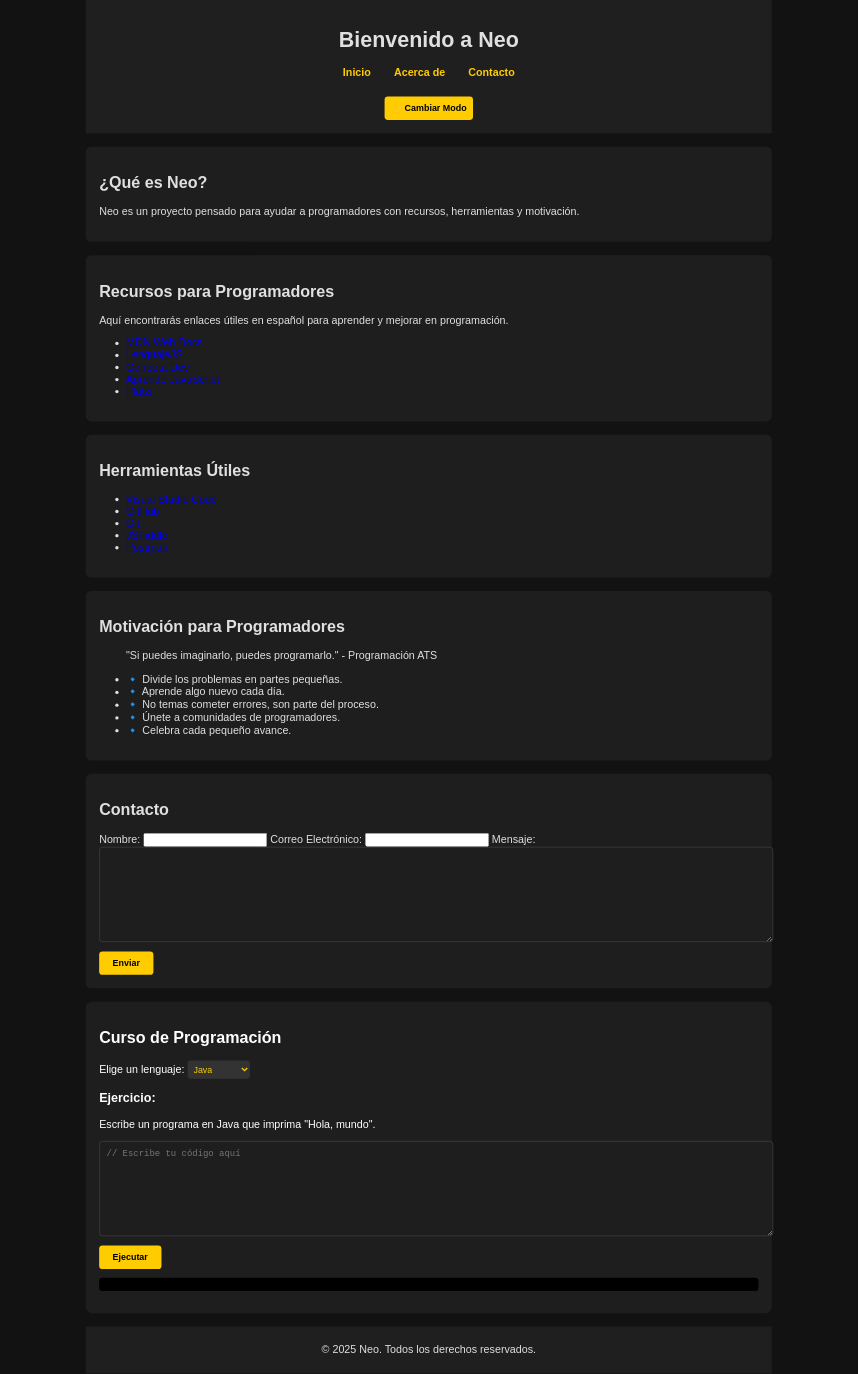
Repository: TapZc/getya_proyect
Page: index.html
These files come from the project's save history. The page is drawn as it stood at one moment and after the next save; the edit follows.
The browser window is 1280 px wide. The pictures show the whole page, at 67% of full size.

Above is the page before, as saved 2025-02-26 05:39:37.

After the next save:
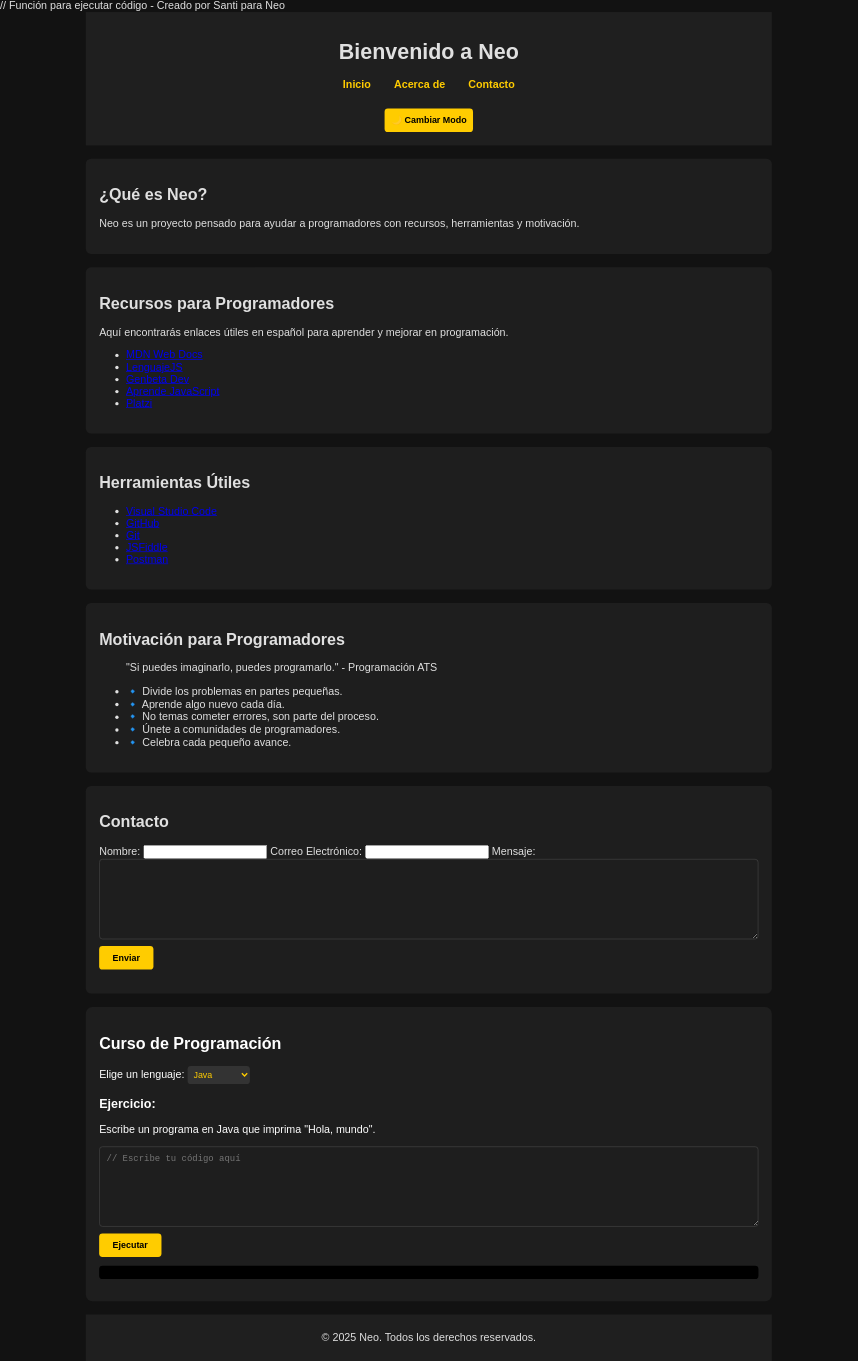
Saved 2 s later.
--- a/index.html
+++ b/index.html
@@ -1,3 +1,6 @@
+<!-- Proyecto Neo - Creado por Santi -->
+// Función para ejecutar código - Creado por Santi para Neo
+
 <!DOCTYPE html>
 <html lang="es">
 <head>
